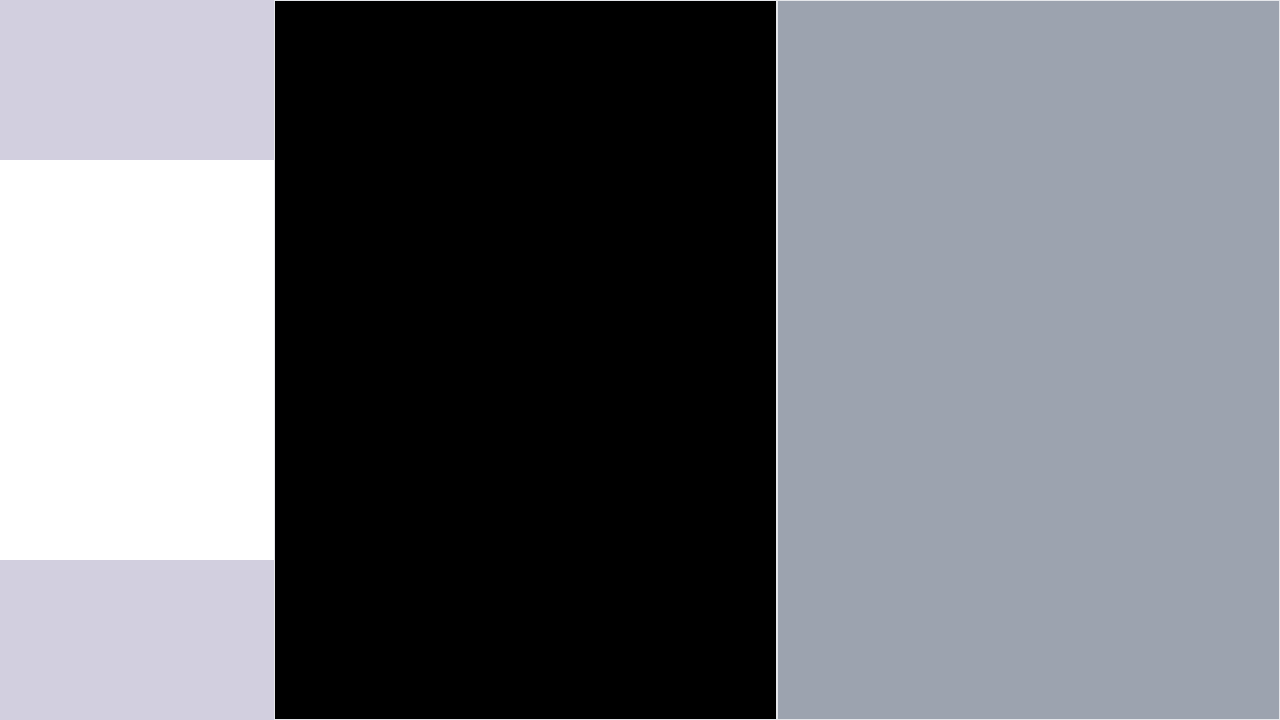
Repository: cosmicswati/upgrad-captions-project
Page: /
These files come from the project's save history. The page is drawn as it stood at one moment and after the next save; the edit follows.
The browser window is 1280 px wide. The pictures show the whole page.
The project was rebuilt for these pictures with package versions that can differ from the ones it lists, and the page was loaded fresh each time.

Above is the page before, as saved 2024-04-08 17:41:48.

After the next save:
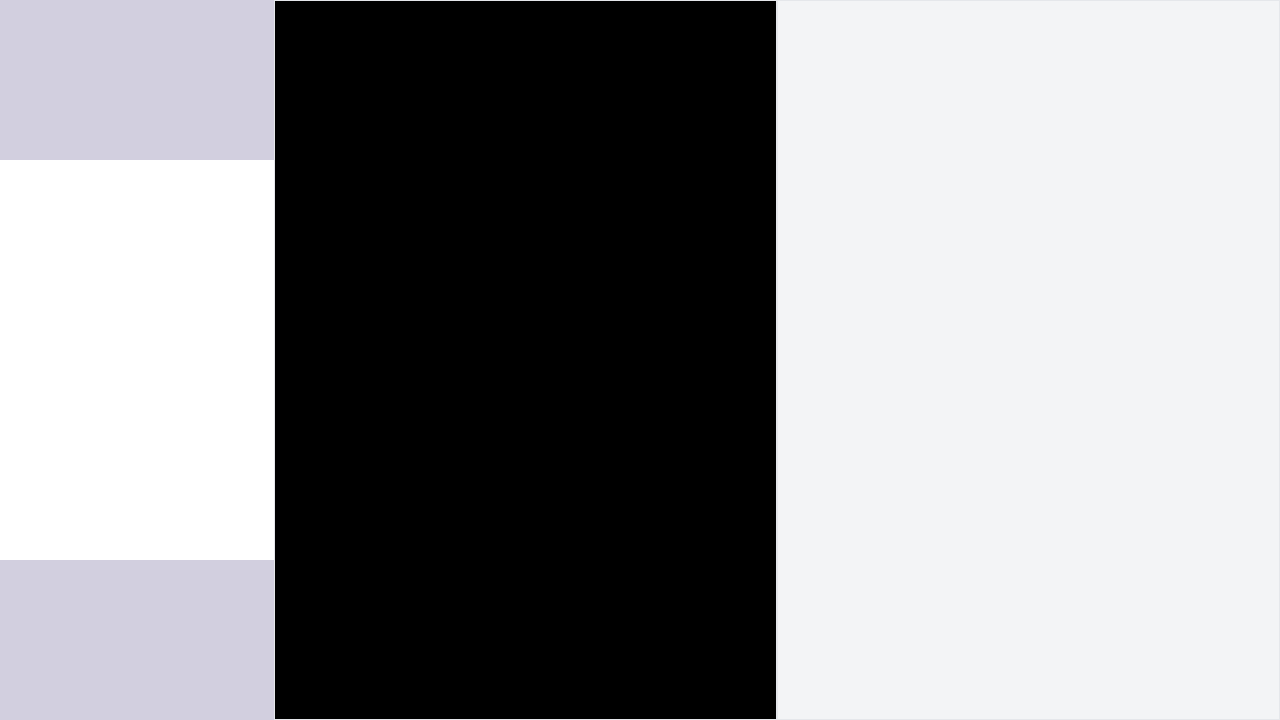
Saved 18 s later.
--- a/src/modules/Authorization/Form.jsx
+++ b/src/modules/Authorization/Form.jsx
@@ -5,7 +5,7 @@ const Form = () => {
     <div className='bg-[#d2cfdf] h-screen w-full flex justify-center items-center'>
       <div className='h-[400px] w-[700px] bg-white flex justify-center items-center'></div>
       <div className='border h-full w-full bg-black'></div>
-      <div className='border h-full w-full bg-gray-400'></div>
+      <div className='border h-full w-full bg-gray-100'></div>
 
     </div>
   );
